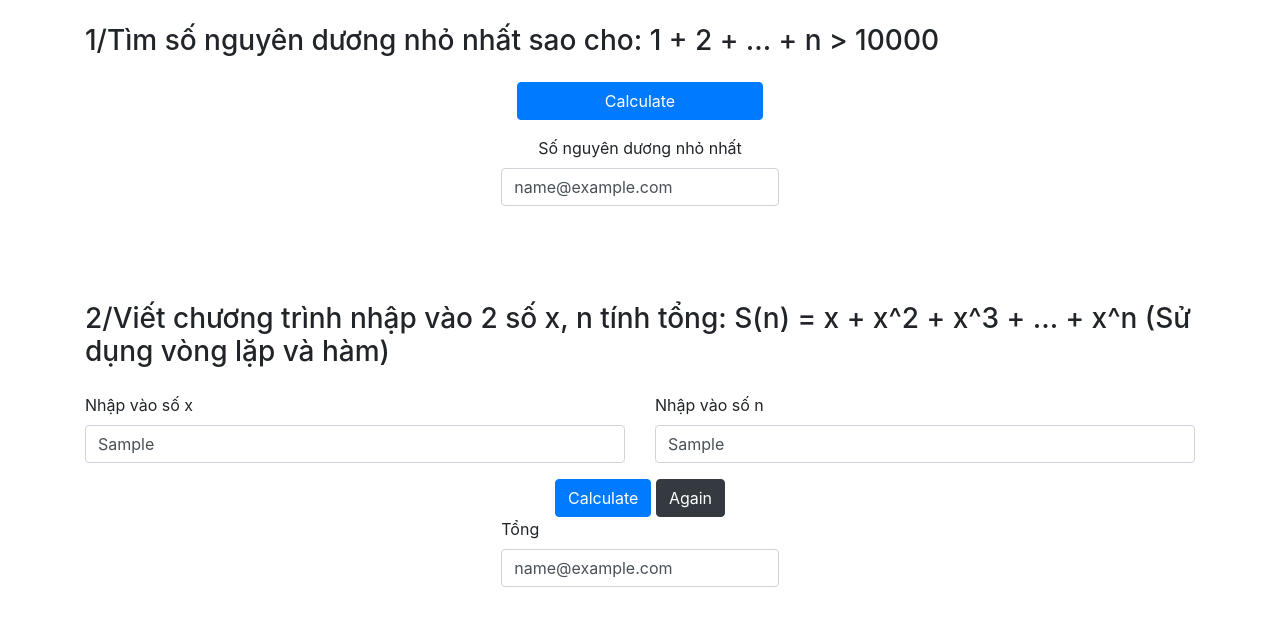
Repository: baobaodeveloper/bootcamp21__loop__HuynhAnhBao
Page: index.html
The author's editor kept a copy of each file at every save. The page is drawn from the files as they stood at one save, then again after the next save.
The browser window is 1280 px wide. The pictures show the whole page.
Empty fields were first filled with sample values (such as "Sample", 5 or name@example.com).
After loading, the first visible `#calculate-sum-again` was clicked once.

Above is the page before, as saved 2022-03-16 23:24:54.

After the next save:
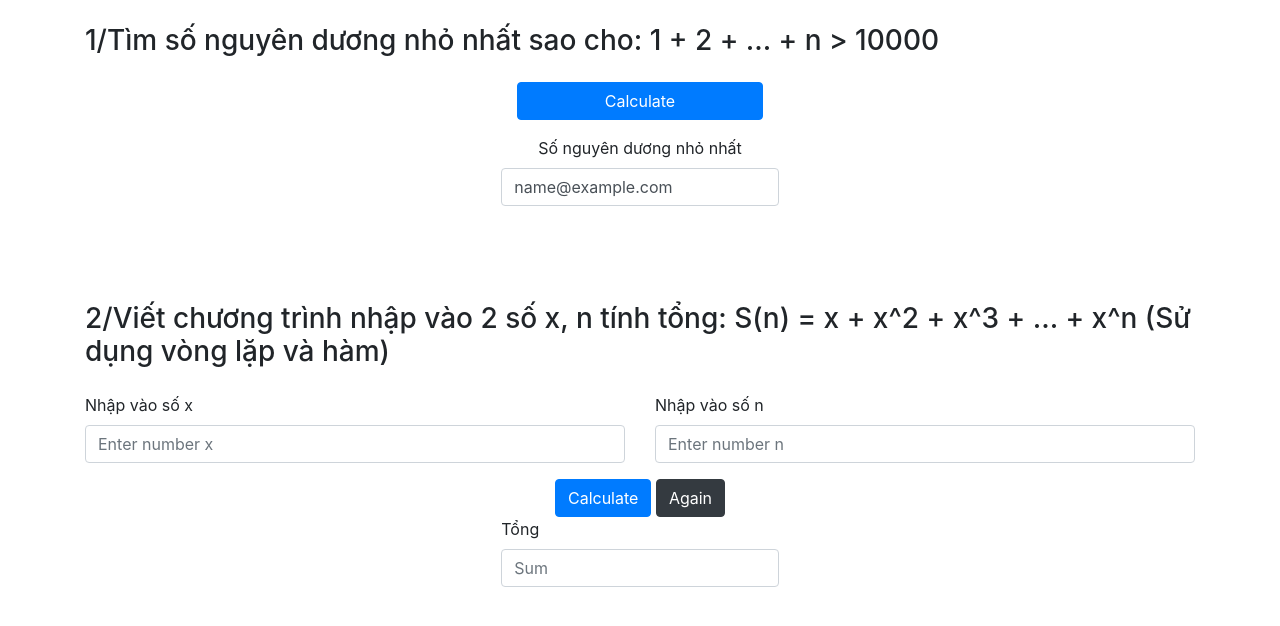
Saved 24 s later.
--- a/exercise2.js
+++ b/exercise2.js
@@ -14,6 +14,8 @@ document.getElementById("calculate-sum").addEventListener("click", () => {
   }
 });
 
-document
-  .getElementById("calculate-sum-again")
-  .addEventListener("click", () => {});
+document.getElementById("calculate-sum-again").addEventListener("click", () => {
+  numX.value = "";
+  numN.value = "";
+  result2.value = "";
+});
